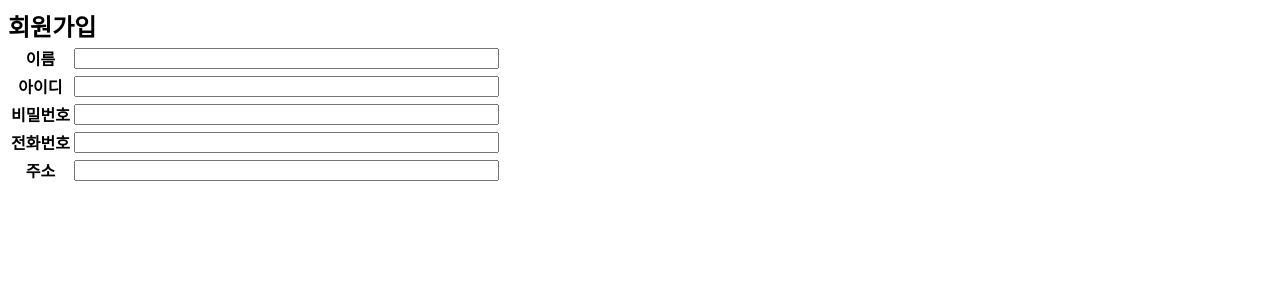
Repository: johwon/jspStudy
Page: jspStudy/src/main/webapp/member/member.html
The author's editor kept a copy of each file at every save. The page is drawn from the files as they stood at one save, then again after the next save.
The browser window is 1280 px wide. The pictures show the whole page.

Above is the page before, as saved 2024-12-03 07:46:38.

After the next save:
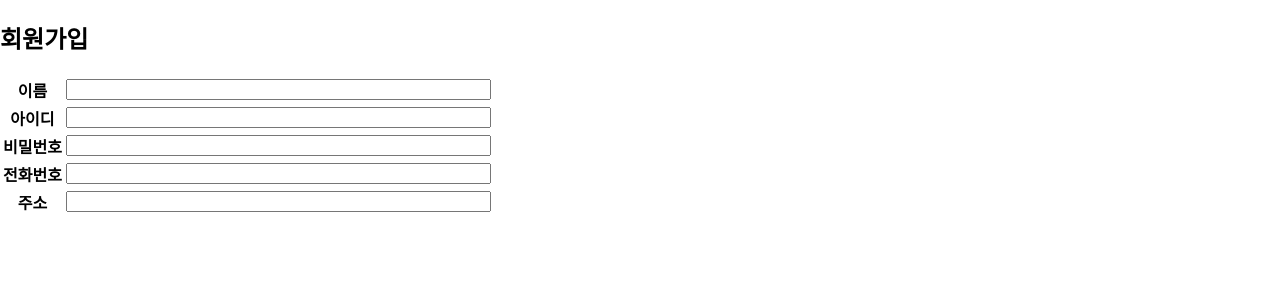
Saved 9 s later.
--- a/jspStudy/src/main/webapp/member/member.html
+++ b/jspStudy/src/main/webapp/member/member.html
@@ -5,7 +5,7 @@
 <title>회원가입</title>
 </head>
 <style>
-h2{
+body {
 	margin: 0 auto;
 }
 </style>
